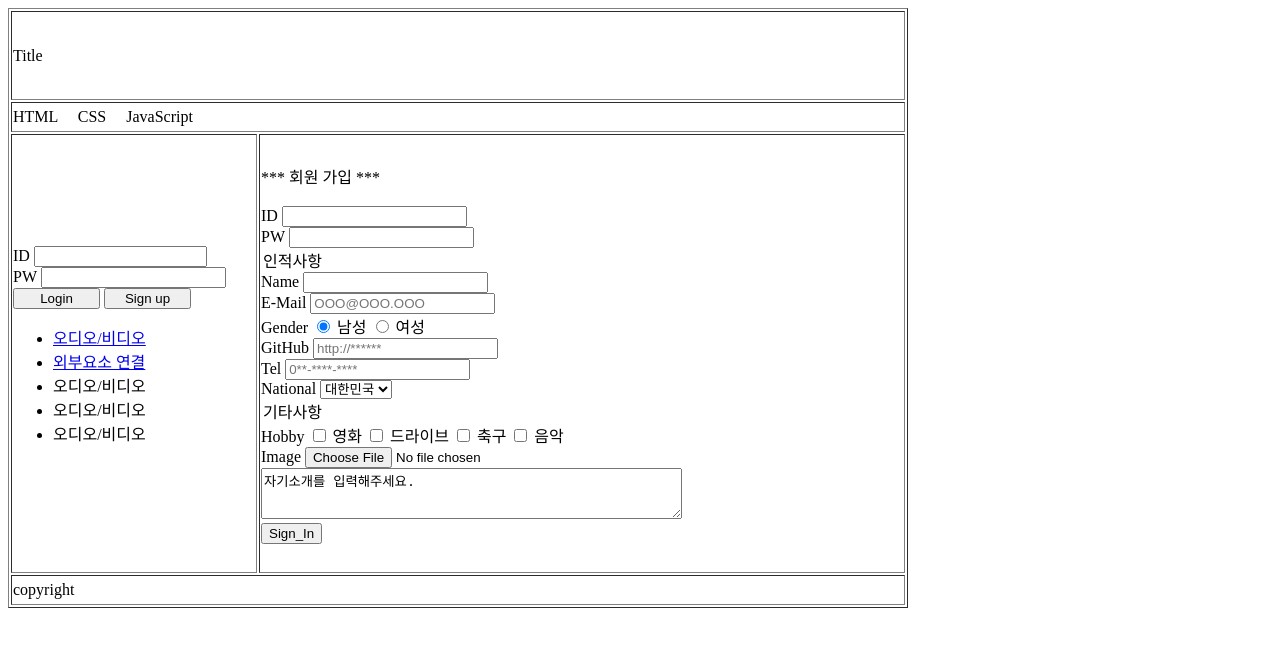
Repository: Hwangjiwon/MultiCampus
Page: http://localhost/2Study/jsp/member_insert.jsp
An editor plug-in stored every save of this project. The page is shown before and after the next save, followed by the edit.
The browser window is 1280 px wide. The pictures show the whole page.
The page is served by Tomcat 9.

Above is the page before, as saved 2019-05-31 02:43:41.

After the next save:
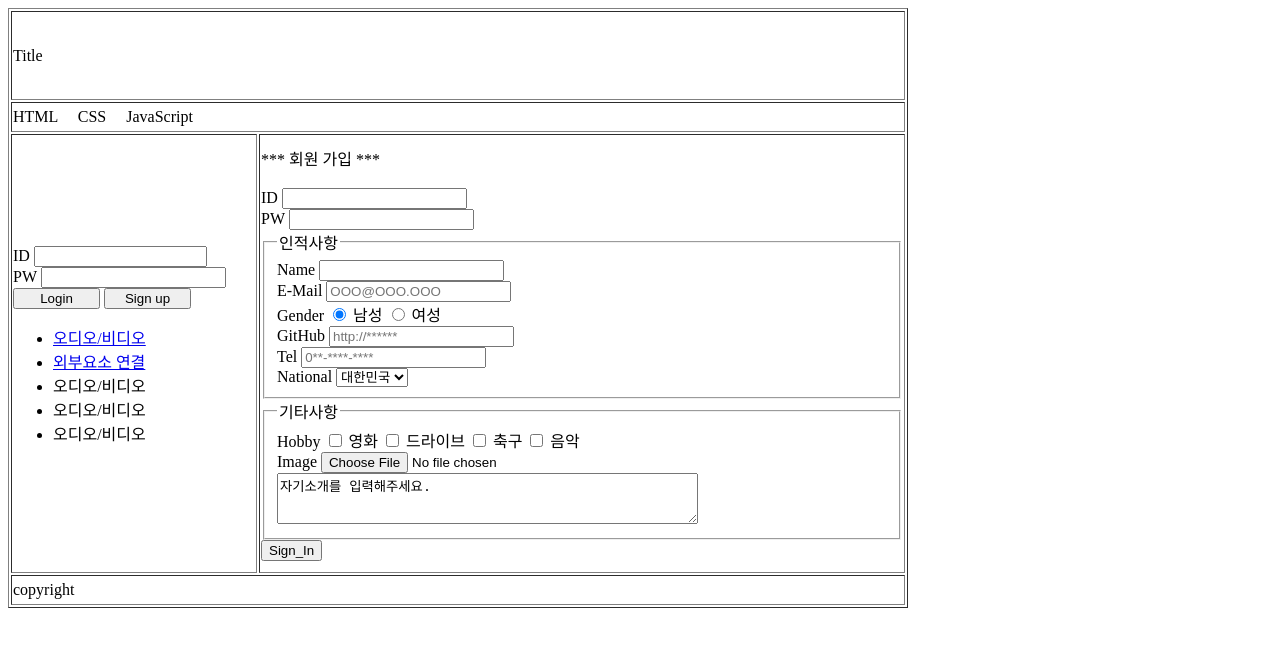
Saved 110 s later.
--- a/2Study/WebContent/jsp/member_insert.jsp
+++ b/2Study/WebContent/jsp/member_insert.jsp
@@ -11,7 +11,7 @@
 
 		ID <input type = "text" name = "id" > <br>
 		PW <input type = "text" name = "pw" > <br>
-		<fildset>
+		<fieldset>
 			<legend>인적사항</legend>
 		Name <input type = "text" name = "name"> <br>
 		E-Mail <input type ="email" placeholder="OOO@OOO.OOO" /> <br>
@@ -26,8 +26,8 @@
 					<option value = "Japan"> 일본 </option>
 					<option value = "China"> 중국 </option>
 				</select> <br>
-		</fildset>
-		<fildset>
+		</fieldset>
+		<fieldset>
 			<legend>기타사항</legend>
 		Hobby <input type ="checkbox" name = "hobby" value = "movie" /> 영화
 			<input type ="checkbox" name = "hobby" value = "drive" /> 드라이브
@@ -37,7 +37,7 @@
 		<textarea rows = "3" cols ="50" name ="memo">
 자기소개를 입력해주세요.
 		</textarea> <br>
-		</fildset>
+		</fieldset>
 		<input type ="submit" value ="Sign_In">
 	</form>
 </td>
